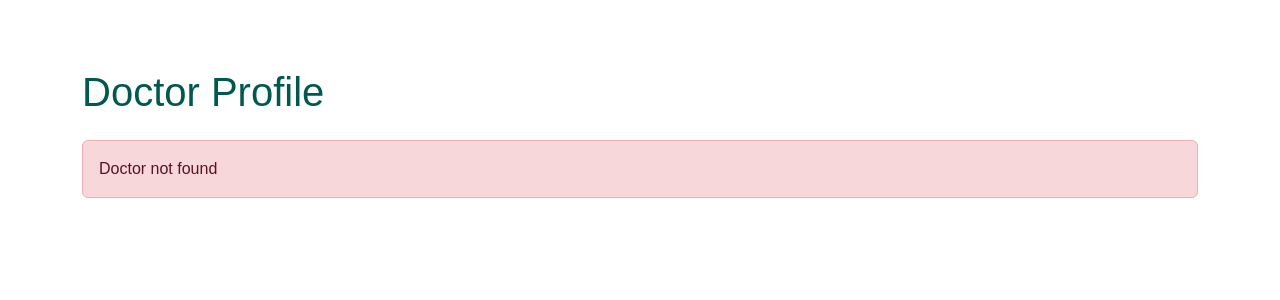
Repository: theonlymono/FitfinityHealthcareWebsiteJ2EE
Page: http://localhost/Fitfinity/DrBooking.jsp
These files come from the project's save history. The page is drawn as it stood at one moment and after a run of saves; the edit follows.
The browser window is 1280 px wide. The pictures show the whole page.
The page is served by Tomcat 9. Other server files are loaded and not shown. Queries for data that is not in the repository find no rows.

Above is the page before, as saved 2024-02-25 14:34:15.

### fitfinity/Fitfinity/WebContent/DrBooking.jsp
<%@ page language="java" contentType="text/html; charset=UTF-8" pageEncoding="UTF-8"%>
<%@ page import="java.io.*,java.util.*,java.sql.*"%>
<%@ page import="javax.servlet.http.*,javax.servlet.*" %>
<!DOCTYPE html>
<html>
<head>
    <meta charset="UTF-8">
    <title>Doctor Profile</title>
    <!-- Bootstrap CSS -->
    <link href="https://cdn.jsdelivr.net/npm/bootstrap@5.3.0-alpha1/dist/css/bootstrap.min.css" rel="stylesheet">
    <!-- Bootstrap icons -->
    <link href="https://cdn.jsdelivr.net/npm/bootstrap-icons/font/bootstrap-icons.css" rel="stylesheet">
    <style>
        body {
        	font-family: "Poppins", sans-serif;
            padding-top: 20px;
        }
        .card {
            margin-bottom: 20px;
        }

    	<style type="text/css">

      body {
        background-color: #f0f0f0;
        font-family: "Poppins", sans-serif;
      }

      .doctor-card {
        color: #ffffff;
        padding: 20px;
        margin-bottom: 20px;
        position: relative;
        display: flex; /* Use flexbox for layout */
        align-items: center; /* Center align content vertically */
      }

      .doctor-card h5 {
        margin-bottom: 15px;
      }

      .doctor-card h3 {
        margin-top: 20px;
        color: #00594d;
        font-family: "Poppins", sans-serif;
      }

      .doctor-card p {
      	color: #646569;
        font-size: 17px;
        margin-bottom: 5px;
      }

      .doctor-card .user-img {
        width: 170px; /* Set width of the image */
        height: auto; /* Maintain aspect ratio */
        margin-top: 20px%;
        border-radius: 10%; /* Rounded corners */
        margin-left: 20px; /* Margin for spacing */
        margin-right: 50px; /* Margin for spacing */
      }

      .doctor-card-content {
        flex: 1; /* Take up remaining space */
      }

      .doctor-card a {
        text-decoration: none;
        color: #e8bd70;
      }

      .doctor-card-tag {
      background-color: #e8bd70;
      color: #ffffff;
      border-radius: 5px;
      padding: 5px 10px;
      margin-bottom: 10px;
      margin-right: 10px;
      font-size: 14px;
      text-transform: uppercase;
    }

    btn:hover {
	background-color: #E8BD70;
	color: white;
}
	</style>
    <script src="https://code.jquery.com/jquery-3.6.0.min.js"></script>
    <script>
        function bookAppointment(doctorID,patientID, shift, day) {
            if (confirm("Are you sure you want to book this appointment?")) {
                $.ajax({
                    url: 'BookAppointmentServlet',
                    method: 'POST',
                    data: { doctorID: doctorID, patientID: patientID, shift: shift, day: day },
                    success: function(response) {
                        alert(response);
                    },
                    error: function(xhr, status, error) {
                        alert("An error occurred while booking the appointment.");
                        console.error(error);
                    }
                });
            }
        }
    </script>
</head>
<body>
    <div class="container">
        <h1 class="mt-5" style="color: #00594d;">Doctor Profile</h1>
        <div class="mt-4">
            <%-- Retrieve doctorID parameter from the request --%>
            <% String doctorID = request.getParameter("doctorID"); %>
			<% String patientID = request.getParameter("patientID"); %>
            <%-- Fetch doctor information from the database using JDBC --%>
            <%
                Connection conn = null;
                PreparedStatement pstmtDoctor = null;
                PreparedStatement pstmtSchedule = null;
                ResultSet rsDoctor = null;
                ResultSet rsSchedule = null;
                try {
                    Class.forName("com.mysql.jdbc.Driver");
                    conn = DriverManager.getConnection("jdbc:mysql://localhost:3306/fitfinity", "root", "");

                    // Query to retrieve doctor information based on doctorID
                   String sql = "SELECT d.doctorID, d.doctorName, d.doctorEmail, d.doctorTel, dp.deptName, r.roleName " +
                   "FROM doctors d " +
                   "LEFT JOIN departments dp ON d.deptID = dp.deptID " +
                   "LEFT JOIN roles r using (roleID)" +
                   "WHERE d.doctorID = ?";
                    pstmtDoctor = conn.prepareStatement(sql);
                    pstmtDoctor.setString(1, doctorID);
                    rsDoctor = pstmtDoctor.executeQuery();

                    // Display doctor information
                    if (rsDoctor.next()) {
            %>
                        </div>
                           	<div class="col-md-6">
						    <div class="doctor-card">
						        <div class="doctor-card-content">
						            <h3> Dr. <%= rsDoctor.getString("doctorName") %></h3>
						            <p>Email: <%= rsDoctor.getString("doctorEmail") %></p>
						            <p>Tel: <%= rsDoctor.getString("doctorTel") %></p>
						            <p>Department: <%= rsDoctor.getString("deptName")%></p>
						            <p>Role: <%= rsDoctor.getString("roleName")%></p>

						        </div>
						        <img class="user-img" src="./assets/image/doctorProfile/maleDr.png" alt="Doctor Image" />
						    </div>
			        		</div>

                        <!-- Query to retrieve doctor's schedule -->
                        <h2 class="mt-4">Doctor's Schedule</h2>
                        <table class="table">
                            <thead>
                                <tr>
                                    <th>Day</th>
                                    <th>Shift</th>
                                    <th>Action</th> <!-- New column for action button -->
                                </tr>
                            </thead>
                            <tbody>
                            <%
                                // Query to retrieve doctor's schedule based on doctorID
                                String sqlSchedule = "SELECT * FROM doctorschedules WHERE doctorID = ?";
                                pstmtSchedule = conn.prepareStatement(sqlSchedule);
                                pstmtSchedule.setString(1, doctorID);
                                rsSchedule = pstmtSchedule.executeQuery();

                                // Display doctor's schedule
                                while (rsSchedule.next()) {
                            %>
                                    <tr>
                                        <td><%= rsSchedule.getString("day") %></td>
                                        <td><%= rsSchedule.getString("shift") %></td>
                                        <td>
                                            <button style="background-color: #0bb288; color: white;" class="btn" onclick="bookAppointment('<%= doctorID %>', '<%= patientID %>' , '<%= rsSchedule.getString("shift") %>', '<%= rsSchedule.getString("day") %>' )">Book Appointment</button>
                                        </td> <!-- Button to book appointment -->
                                    </tr>
                            <%
                                }
                            %>
                            </tbody>
                        </table>
            <%
                    } else {
            %>
                        <p class="alert alert-danger">Doctor not found</p>
            <%
                    }
                } catch (Exception e) {
                    e.printStackTrace();
                } finally {
                    // Close resources
                    try {
                        if (rsDoctor != null) rsDoctor.close();
                        if (pstmtDoctor != null) pstmtDoctor.close();
                        if (rsSchedule != null) rsSchedule.close();
                        if (pstmtSchedule != null) pstmtSchedule.close();
                        if (conn != null) conn.close();
                    } catch (SQLException ex) {
                        ex.printStackTrace();
                    }
                }
            %>
        </div>
    </div>
</body>
</html>

After the next 4 saves:
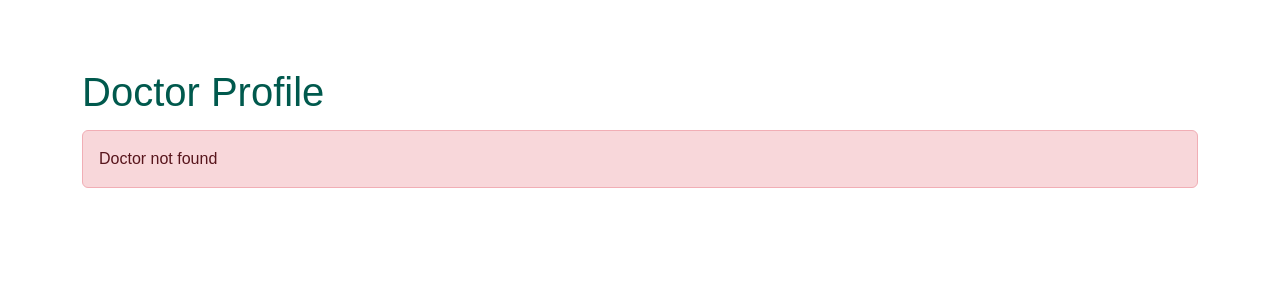
The 4 saves are shown as one change because they came seconds apart.
The last was saved 23 s later.
--- a/fitfinity/Fitfinity/WebContent/DrBooking.jsp
+++ b/fitfinity/Fitfinity/WebContent/DrBooking.jsp
@@ -107,7 +107,7 @@
 </head>
 <body>
     <div class="container">
-        <h1 class="mt-5" style="color: #00594d;">Doctor Profile</h1>
+        <h1 class="mt-5" style="color: #00594d; margin-bottom: -10px;">Doctor Profile</h1>
         <div class="mt-4">
             <%-- Retrieve doctorID parameter from the request --%>
             <% String doctorID = request.getParameter("doctorID"); %>
